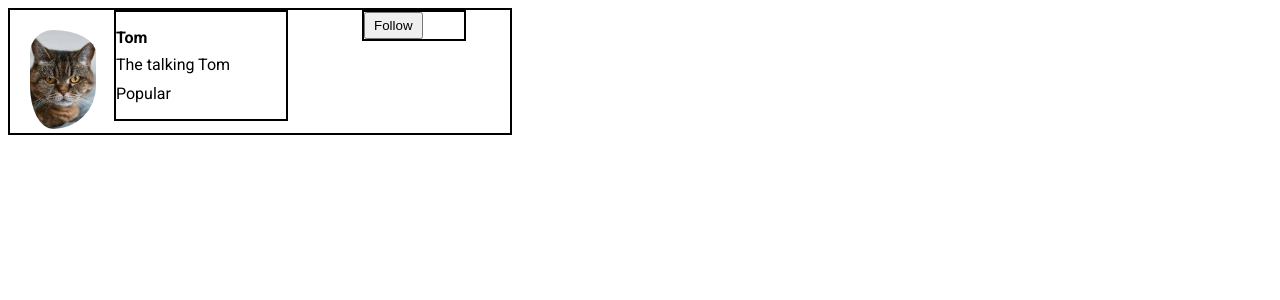
Repository: RagulRanjeeth/Frontend
Page: Exercises/Layouts.html
An editor plug-in stored every save of this project. The page is shown before and after the next save, followed by the edit.
The browser window is 1280 px wide. The pictures show the whole page.

Above is the page before, as saved 2026-01-23 16:31:50.

### Exercises/Layouts.html
<!DOCTYPE html>
<html>
    <head>
        <title>
            Layout Exercises
        </title>
        <link rel="stylesheet" href="Profile.css">
            <link rel="preconnect" href="https://fonts.googleapis.com">
    <link rel="preconnect" href="https://fonts.gstatic.com" crossorigin>
    <link href="https://fonts.googleapis.com/css2?family=Montserrat:ital,wght@0,100..900;1,100..900&family=Roboto:ital,wght@0,100..900;1,100..900&display=swap" rel="stylesheet">
    </head>
    <body>
        <div class="MainContainer">
            <div class="ProfilePictureContainer">
               <img class="CatImage" src="ProfilePic/download.jpg">
            </div>
            <div class="ProfileDescription">
                <p class="DescriptionName">Tom</p>
                <p class="DescriptionSecondaryName">The talking Tom</p>
                <p class="DescriptionPopular">Popular</p>
            </div>
            <div class="ProfileButton">
                <button class="Profile">Follow</button>
            </div>
        </div>
    </body>
</html>

### Exercises/Profile.css
.MainContainer{
    width:500px;
    border-width:2px;
    border-style: solid;
}
.ProfilePictureContainer{
    width:100px;
    display:inline-block;
    vertical-align: top;

}

.CatImage{
    width:66px;
    border-radius:50px;
    padding-left:20px;
    padding-top:20px;
}

.ProfileDescription{
    width:170px;
    display:inline-block;
    font-family: Roboto, Arial;
    border-width:2px;
    border-style: solid;
    vertical-align: top;

}

.ProfileButton{
     width:100px;
    display:inline-block;
    border-width:2px;
    border-style: solid;
     vertical-align: top;
     margin-left: 70px;
}

.DescriptionName{
    font-weight: bold;
    margin-bottom:0px;
}

.DescriptionSecondaryName{
    margin-top:8px;
    margin-bottom:0px;

}

.DescriptionPopular{
    margin-top:10px;
}

.Profile{
  padding-left: 8px;
  padding-right: 8px;
  padding-top: 4px;
  padding-bottom: 4px;

}

After the next save:
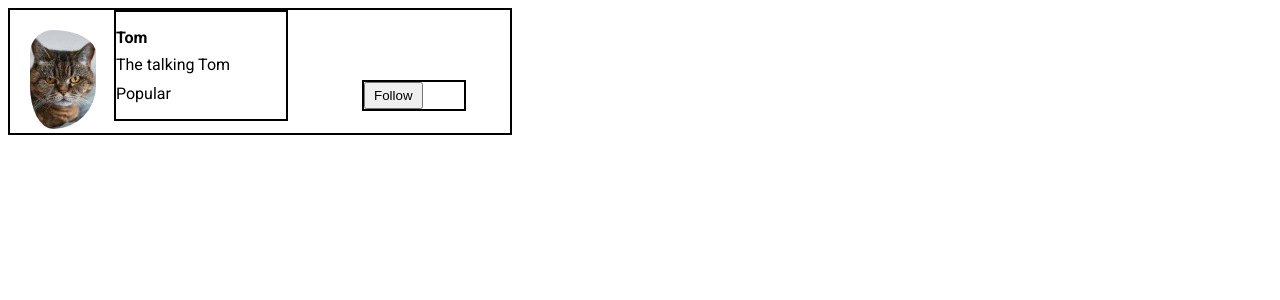
Saved 14 s later.
--- a/Exercises/Profile.css
+++ b/Exercises/Profile.css
@@ -34,6 +34,7 @@
     border-style: solid;
      vertical-align: top;
      margin-left: 70px;
+     margin-top: 70px;
 }
 
 .DescriptionName{
